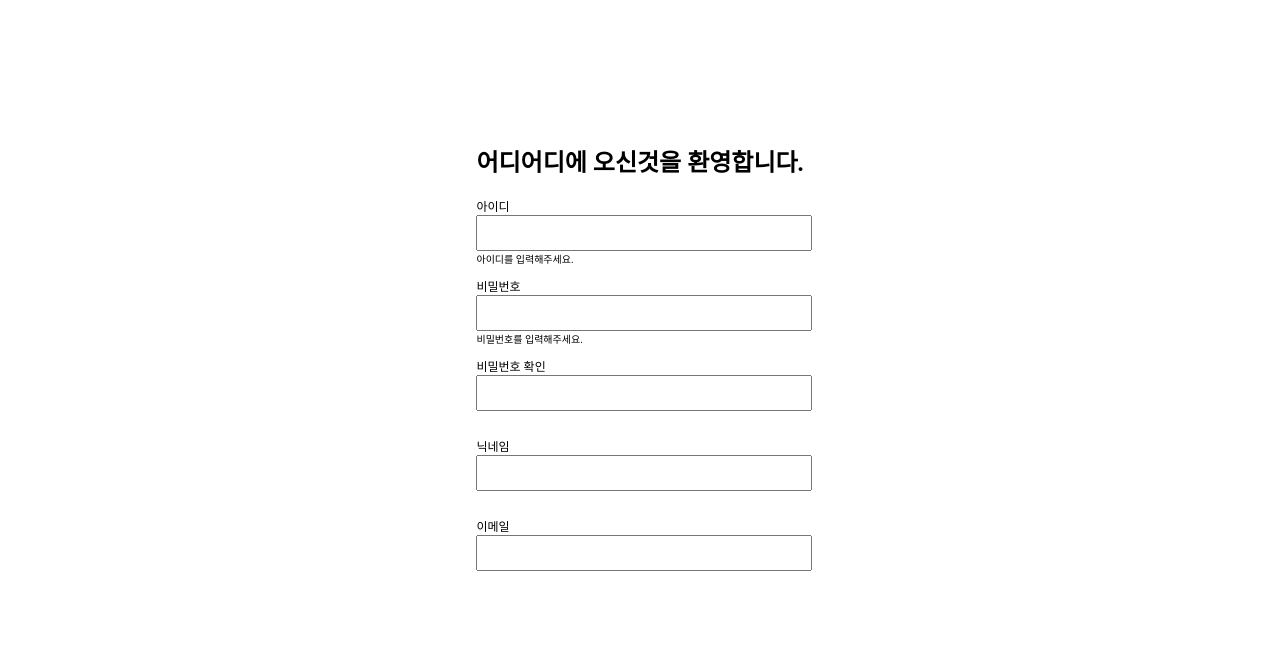
Repository: zzangyu/koreanFoodsProject
Page: http://localhost/koreanFoodsProject/koreanFoods/signUp.jsp
An editor plug-in stored every save of this project. The page is shown before and after the next save, followed by the edit.
The browser window is 1280 px wide. The pictures show the whole page.
The page is served by Tomcat 9. Other server files are loaded and not shown.

Above is the page before, as saved 2022-12-29 07:17:16.

### koreanFoodsProject/src/main/webapp/koreanFoods/signUp.jsp
<%@ page language="java" contentType="text/html; charset=UTF-8"
    pageEncoding="UTF-8"%>
<!DOCTYPE html>
<html>
<head>
<meta charset="UTF-8">
<link type="text/css" rel="stylesheet" href="css/kFoods.css">
<title>Sign Up</title>
</head>
<body>
	<form action="" id="signUp">
		<div id="signUp_Wrap">
			<h2>어디어디에 오신것을 환영합니다.</h2>
			<div>
				<label class="signUp_textSize">아이디</label>
				<div>
					<input type="text" name="kf_id" class="signUp_input">
					<div class="signUp_check_textSize" id="signUp_idCheck">아이디를 입력해주세요.</div>
				</div>
			</div>
			<div>
				<label class="signUp_textSize">비밀번호</label>
				<div>
					<input type="password" name="kf_password" class="signUp_input">
					<div class="signUp_check_textSize" id="signUp_idCheck">비밀번호를 입력해주세요.</div>
				</div>
			</div>
			<div>
				<label class="signUp_textSize">비밀번호 확인</label>
				<div>
					<input type="password" name="kf_passwordCheck" class="signUp_input">
					<div class="signUp_check_textSize" id="signUp_idCheck"></div>
				</div>
			</div>
			<div>
				<label class="signUp_textSize">닉네임</label>
				<div>
					<input type="text" name="kf_nickname" class="signUp_input">
					<div class="signUp_check_textSize" id="signUp_nickCheck"></div>
				</div>
			</div>
			<div>
				<label class="signUp_textSize">이메일</label>
				<div>
					<input type="text" name="kf_email" class="signUp_input">
					<div class="signUp_check_textSize" id="signUp_emailCheck"></div>
				</div>
			</div>
		</div>
	</form>
</body>
</html>

### koreanFoodsProject/src/main/webapp/koreanFoods/css/kFoods.css
@charset "UTF-8";
html, body {
	margin: 0;
	padding: 0;
	width: 100%;
	height: 100%;
}
a {
	text-decoration: none;
}
#loginButton {
	background-color: yellow;
}
#loginButton a {
	color: red;
}
#signUp {
	width: 100%;
	height: 100%;
	display: flex;
	justify-content: center;
	align-items: center;
}
.signUp_textSize {
	font-size: 12px;
}
.signUp_check_textSize {
	font-size: 10px;
}
#signUp_Wrap h2 {
	text-align: center;
}
#signUp_Wrap > div {
	width: 100%;
	height: 80px;
}
.signUp_input {
	width: 100%;
	height: 30px;
}

After the next save:
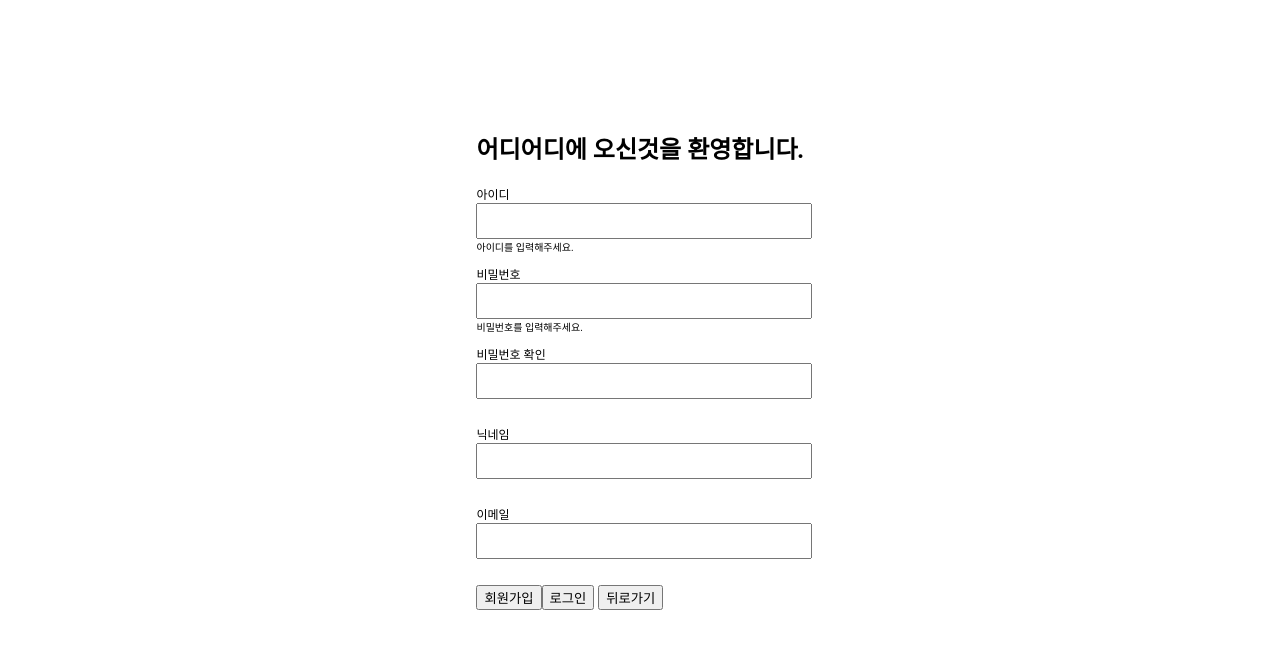
Saved 48 s later.
--- a/koreanFoodsProject/src/main/webapp/koreanFoods/signUp.jsp
+++ b/koreanFoodsProject/src/main/webapp/koreanFoods/signUp.jsp
@@ -46,6 +46,8 @@
 					<div class="signUp_check_textSize" id="signUp_emailCheck"></div>
 				</div>
 			</div>
+			<button>회원가입</button><button>로그인</button>
+			<button>뒤로가기</button>
 		</div>
 	</form>
 </body>
